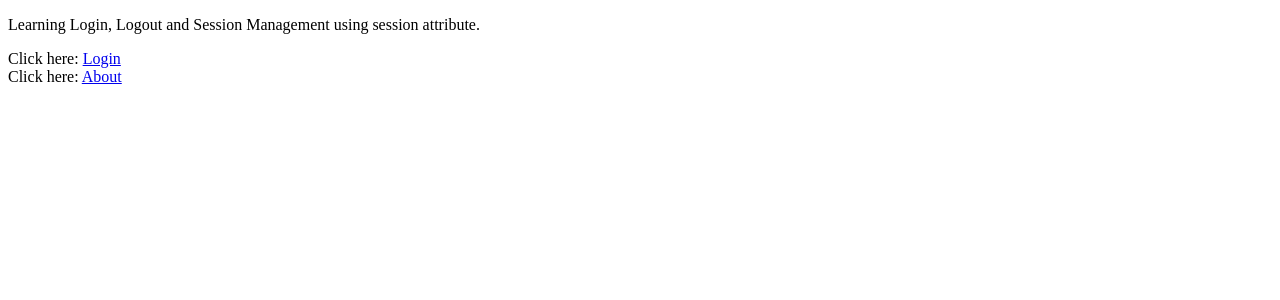
Repository: aman-1998/Full_Stack_Java_Development
Page: http://localhost/Fixing_forward_redirect_links_N21/
The author's editor kept a copy of each file at every save. The page is drawn from the files as they stood at one save, then again after the next save.
The browser window is 1280 px wide. The pictures show the whole page.
The page is served by Tomcat 9. Other server files are loaded and not shown.

Above is the page before, as saved 2021-11-07 11:39:34.

### Fixing_forward_redirect_links_N21/WebContent/index.jsp
<%@ page language="java" contentType="text/html; charset=ISO-8859-1"
    pageEncoding="ISO-8859-1"%>
<!DOCTYPE html>
<html>
<head>
<meta charset="ISO-8859-1">
<title>Index</title>
</head>
<body>
<p>Learning Login, Logout and Session Management using session attribute.</p>
Click here: <a href="<%= request.getContextPath() %>/IndexController?page=login">Login</a><br>
Click here: <a href="<%= request.getContextPath() %>/IndexController?page=about">About</a>
</body>
</html>

After the next save:
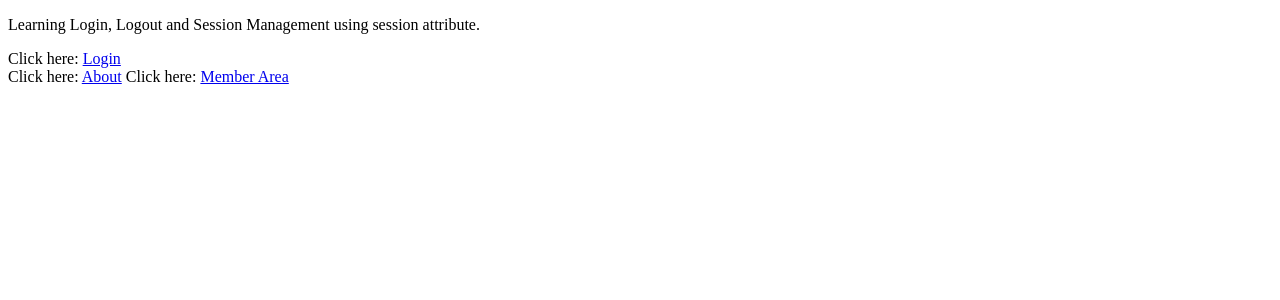
Saved 114 s later.
--- a/Fixing_forward_redirect_links_N21/WebContent/index.jsp
+++ b/Fixing_forward_redirect_links_N21/WebContent/index.jsp
@@ -10,5 +10,6 @@
 <p>Learning Login, Logout and Session Management using session attribute.</p>
 Click here: <a href="<%= request.getContextPath() %>/IndexController?page=login">Login</a><br>
 Click here: <a href="<%= request.getContextPath() %>/IndexController?page=about">About</a>
+Click here: <a href="<%= request.getContextPath() %>/IndexController?page=memberArea">Member Area</a>
 </body>
 </html>
